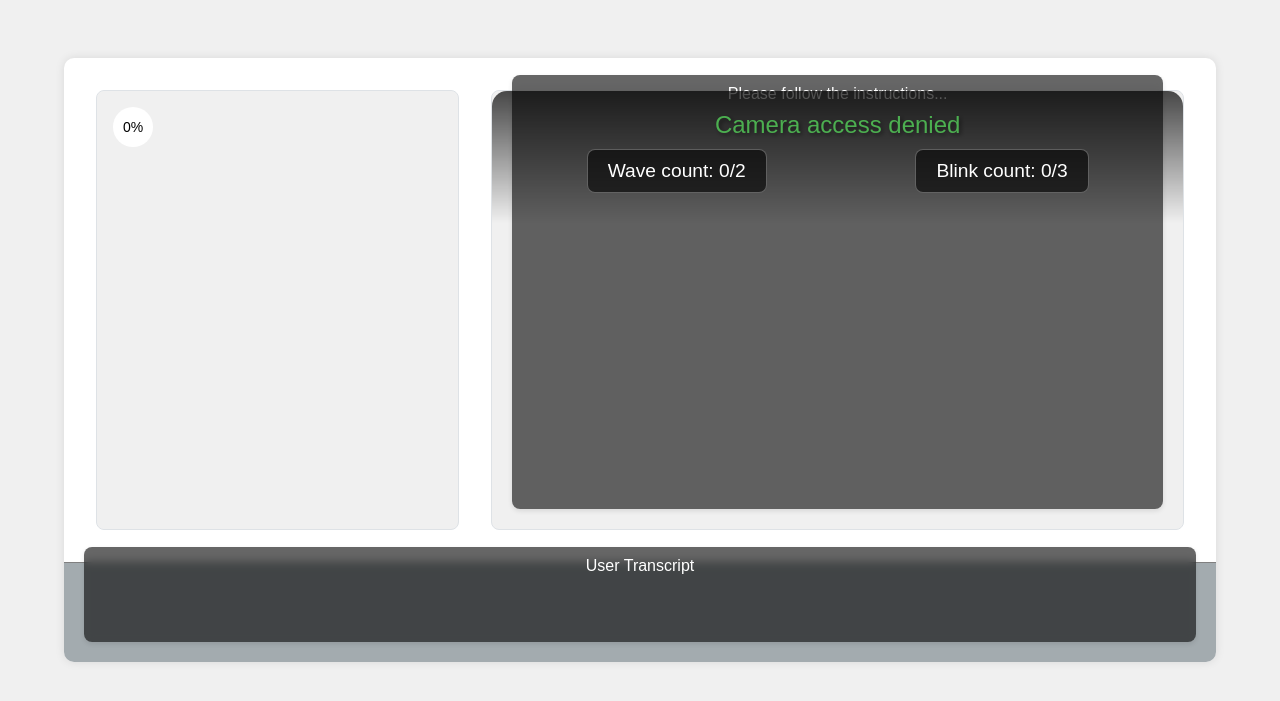
Repository: Ayaanns/E-kyc-BE-project
Page: http://localhost/
An editor plug-in stored every save of this project. The page is shown before and after the next save, followed by the edit.
The browser window is 1280 px wide. The pictures show the whole page.
The page is served by the project's application, run on Django 4.2 (manage.py). A made-up administrator, testuser (Test User, test@example.com), is signed in. Other server files are loaded and not shown.

Above is the page before, as saved 2025-03-02 01:54:14.

### templates/home.html
<!DOCTYPE html>
<html lang="en">
<head>
    {% load static %}
    <meta charset="UTF-8">
    <meta name="viewport" content="width=device-width, initial-scale=1.0">
    <link rel="stylesheet" href="{% static 'styles.css' %}">
    <style>
        .webcam-feed {
            position: relative;
            width: 100%;
            height: auto;
        }

        .webcam-feed video {
            width: 100%;
            height: auto;
            border-radius: 15px;
            object-fit: cover;
        }

        /* Overlay container for status indicators */
        .status-overlay {
            position: absolute;
            top: 0;
            left: 0;
            right: 0;
            z-index: 10;
            padding: 20px;
            background: linear-gradient(to bottom, rgba(0,0,0,0.7) 0%, transparent 100%);
            border-radius: 15px 15px 0 0;
        }

        .status-indicators {
            display: flex;
            justify-content: space-around;
            margin: 10px 0;
            font-size: 1.2em;
        }

        .status-box {
            background: rgba(0,0,0,0.6);
            padding: 10px 20px;
            border-radius: 8px;
            text-align: center;
            color: white;
            border: 1px solid rgba(255,255,255,0.3);
            backdrop-filter: blur(.5px);
        }

        .verification-message {
            font-size: 1.5em;
            color: #4caf50;
            text-align: center;
            margin: 0 0 10px 0;
            text-shadow: 2px 2px 4px rgba(0,0,0,0.5);
        }

        .questions {
            position: absolute;
            bottom: 20px;
            left: 0;
            right: 0;
            text-align: center;
            color: white;
            background: rgba(0,0,0,0.6);
            padding: 10px;
            margin: 0 20px;
            border-radius: 8px;
            backdrop-filter: blur(5px);
        }
    </style>
</head>
<body>
    <div class="container">
        <div class="content">
            <div class="result-feed">
                <div class="completion-circle" id="completion-circle">0%</div>
            </div>
            <div class="webcam-feed">
                <video id="webcam" autoplay></video>
                <div class="status-overlay">
                    <div class="verification-message" id="messageText">Starting verification...</div>
                    <div class="status-indicators">
                        <div class="status-box">
                            Wave count: <span id="waveCount">0</span>/2
                        </div>
                        <div class="status-box">
                            Blink count: <span id="blinkCount">0</span>/3
                        </div>
                    </div>
                </div>
                <canvas id="canvasElement" style="display:none;"></canvas>
                <div class="questions" id="questions">Please follow the instructions...</div>
            </div>
        </div>
        <div class="transcript-section">
            <span class="questions">User Transcript</span>
            <p id="transcript"></p>
        </div>
    </div>

    <script>
        // Existing initialization code
        const video = document.getElementById('webcam');
        const canvas = document.getElementById('canvasElement');
        const ctx = canvas.getContext('2d');
        let verificationComplete = false;

        // Initialize webcam with human verification
        async function initCamera() {
            try {
                const stream = await navigator.mediaDevices.getUserMedia({ video: true });
                video.srcObject = stream;
                startVerificationProcess();
            } catch (err) {
                console.error("Error accessing camera:", err);
                document.getElementById('messageText').textContent = "Camera access denied";
            }
        }

        // Process frames for verification
        function processFrame() {
            if (verificationComplete) return;

            if (video.readyState === video.HAVE_ENOUGH_DATA) {
                canvas.width = video.videoWidth;
                canvas.height = video.videoHeight;
                ctx.drawImage(video, 0, 0);

                const frameData = canvas.toDataURL('image/jpeg');

                // Update the fetch URL to match the Django URL pattern
                fetch('{% url "process_frame" %}', {
                    method: 'POST',
                    headers: {
                        'Content-Type': 'application/json',
                        'X-CSRFToken': getCookie('csrftoken')
                    },
                    body: JSON.stringify({
                        frame: frameData
                    })
                })
                .then(response => response.json())
                .then(data => {
                    updateVerificationUI(data);
                    if (!data.phase_complete) {
                        requestAnimationFrame(processFrame);
                    }
                })
                .catch(err => {
                    console.error("Error:", err);
                    requestAnimationFrame(processFrame);
                });
            } else {
                requestAnimationFrame(processFrame);
            }
        }

        // Update UI with verification status
        function updateVerificationUI(data) {
            document.getElementById('messageText').textContent = data.message;
            document.getElementById('waveCount').textContent = data.wave_count;
            document.getElementById('blinkCount').textContent = data.blink_count;

            // Calculate completion percentage
            const totalSteps = 5; // 2 waves + 3 blinks
            const completedSteps = data.wave_count + data.blink_count;
            const percentage = Math.round((completedSteps / totalSteps) * 100);
            updateProgressCircle(percentage);

            if (data.phase_complete) {
                verificationComplete = true;
                startNLPProcess();
            }
        }

        // Existing helper functions
        function updateProgressCircle(percentage) {
            const circle = document.getElementById('completion-circle');
            circle.textContent = percentage + '%';
            circle.style.background = `conic-gradient(#4caf50 ${percentage * 3.6}deg, #ddd ${percentage * 3.6}deg)`;
        }

        function updateTranscript(data) {
            const transcript = document.getElementById('transcript');
            transcript.textContent = `First Name: ${data.first_name}, Last Name: ${data.last_name}, Age: ${data.age}, Phone: ${data.phone}`;
        }

        function askQuestion(question) {
            const questionsDiv = document.getElementById('questions');
            questionsDiv.textContent = question;
        }

        function startVerificationProcess() {
            document.getElementById('messageText').textContent = "Wave your hand to begin";
            processFrame();
        }

        // Modified startNLPProcess
        function startNLPProcess() {
            document.getElementById('messageText').textContent = "Verification complete! Starting voice recognition...";
            fetch('/nlp_process/')
                .then(response => response.json())
                .then(data => {
                    if (data.status === 'success') {
                        updateTranscript(data);
                        askQuestion("NLP process complete.");
                    } else {
                        askQuestion("NLP process failed.");
                    }
                })
                .catch(error => console.error('Error:', error));
        }

        // Get CSRF token
        function getCookie(name) {
            let cookieValue = null;
            if (document.cookie && document.cookie !== '') {
                const cookies = document.cookie.split(';');
                for (let i = 0; i < cookies.length; i++) {
                    const cookie = cookies[i].trim();
                    if (cookie.substring(0, name.length + 1) === (name + '=')) {
                        cookieValue = decodeURIComponent(cookie.substring(name.length + 1));
                        break;
                    }
                }
            }
            return cookieValue;
        }

        // Start the process
        document.addEventListener('DOMContentLoaded', (event) => {
            initCamera();
        });
    </script>
</body>
</html>

### ekyc/models.py
from django.db import models
from django.contrib.auth.models import AbstractBaseUser, PermissionsMixin, BaseUserManager
from django.utils import timezone
import random

class CustomUserManager(BaseUserManager):
    def create_user(self, email, username, password=None, **extra_fields):
        if not email:
            raise ValueError("The Email field must be set")
        email = self.normalize_email(email)
        user = self.model(email=email, username=username, **extra_fields)
        user.set_password(password)
        user.save(using=self._db)
        return user

    def create_superuser(self, email, username, password=None, **extra_fields):
        #extra_fields.setdefault('is_staff', True)
        extra_fields.setdefault('is_superuser', True)

        # if not extra_fields.get('is_staff'):
        #     raise ValueError("Superuser must have is_staff=True.")
        if not extra_fields.get('is_superuser'):
            raise ValueError("Superuser must have is_superuser=True.")

        return self.create_user(email, username, password, **extra_fields)

class CustomUser(AbstractBaseUser, PermissionsMixin):
    email = models.EmailField(unique=True)
    username = models.CharField(max_length=150, unique=True)
    is_active = models.BooleanField(default=True)
    pin = models.CharField(max_length=6)
    created_at = models.DateTimeField(auto_now_add=True)
    expires_at = models.DateTimeField(default=timezone.now)
    is_verified = models.BooleanField(default=True)

    objects = CustomUserManager()

    USERNAME_FIELD = 'email'
    REQUIRED_FIELDS = ['username']

    def __str__(self):
        return self.email


    def generate_pin(self):
        self.pin = str(random.randint(100000, 999999))
        self.expires_at = timezone.now() + timezone.timedelta(minutes=2)
        self.save()
        return self.pin

    def verify_pin(self, entered_pin):
        if timezone.now() > self.expires_at:
            return False, "PIN has Expired!"

        if self.pin != entered_pin:
            return False, "Incorrect PIN!"

        self.is_verified = True
        self.save()
        return True, "Email Successfully Verified!"


#models for sending the code and receving the code.
# class SendCode(models.Model): #for sending the code
#     email = models.OneToOneField(CustomUser, null=True, on_delete=models.CASCADE)
#     send_code = models.CharField(max_length=20)
#
#     def __str__(self):
#         return self.send_code
#
# class ReceivedCode(models.Model): #for sending the code
#     email = models.OneToOneField(CustomUser, null=True, on_delete=models.CASCADE)
#     receive_code = models.CharField(max_length=20)
#
#     def __str__(self):
#         return self.receive_code

# Create your models here.
class KYCSession(models.Model):
    name = models.CharField(max_length=100)
    birth_date = models.DateField()
    id_card_image = models.ImageField(upload_to='id_cards/')
    liveness_score = models.FloatField()
    result = models.TextField()
    created_at = models.DateTimeField(auto_now_add=True)

    def __str__(self):
        return self.name

### ekyc/views.py
from django.shortcuts import render, redirect
from django.urls import reverse_lazy
from django.contrib.auth.decorators import login_required
from django.contrib.auth import login, authenticate, get_user_model
from django.contrib.messages.views import SuccessMessageMixin
from django.contrib.auth.views import LoginView
from django.contrib import messages
from django.core.mail import send_mail
from django.conf import settings
from django.http import JsonResponse
from django.views.decorators.csrf import csrf_exempt
import numpy as np
import cv2
import json
import base64

import threading

from .forms import CustomUserCreationForm, CustomAuthenticationForm, PinVerificationForm
from ekyc import logger
from .models import CustomUser
from .HumanV import HumanVerificationSystem
from .NLP import UserInfo, get_user_info
from .OCR import capture_image_with_guide, extract_text_with_confidence, extract_aadhar_details

User = get_user_model()

def send_verification_email(user):
    subject = "Email Verification PIN"
    message = f"""
    Hello {user.username},

    Your email verification PIN is: {user.pin}

    This PIN will expire in 24 hours.

    Thank you,
    Your Website Team
    """
    from_email = settings.DEFAULT_FROM_EMAIL
    recipient_list = [user.email]

    send_mail(subject, message, from_email, recipient_list)

@login_required
def ekyc_home(request):
    return render(request, 'home.html')

def signup_view(request):
    logger.info("into the signup page view")
    if request.method == 'POST':
        form = CustomUserCreationForm(request.POST)
        if form.is_valid():
            user = form.save(commit=False)
            user.is_active = True  # User needs to be active to log in
            user.is_verified = False  # But not verified yet
            user.generate_pin()
            user.save()

            # Send verification email
            send_verification_email(user)

            # Log in the user after signup
            raw_password = form.cleaned_data.get('password1')
            user = authenticate(email=user.email, password=raw_password)
            if user is not None:
                login(request, user)
                messages.success(request, f"Verification PIN sent to {user.email}.")
                return redirect('verify_pin')
    else:
        form = CustomUserCreationForm()
    return render(request, 'signup.html', {'form': form})

@login_required
def verify_pin(request):
    user = request.user

    if user.is_verified:
        messages.info(request, "Your email is already verified.")
        return redirect("ekyc_home")

    if request.method == "POST":
        form = PinVerificationForm(request.POST)
        if form.is_valid():
            entered_pin = form.cleaned_data.get('pin')
            success, message = user.verify_pin(entered_pin)

            if success:
                user.is_verified = True
                user.save()
                messages.success(request, message)
                return redirect('ekyc_home')
            else:
                messages.error(request, message)
    else:
        form = PinVerificationForm()

    return render(request, 'signup.html', {'form': form})

class Login(SuccessMessageMixin, LoginView):
    template_name = 'login.html'
    success_url = reverse_lazy('ekyc_home')
    success_message = "Successfully logged in!"
    form_class = CustomAuthenticationForm

    def get_success_url(self):
        return self.success_url

    def form_valid(self, form):
        """Security check complete. Log the user in."""
        user = form.get_user()
        if not user.is_verified:
            messages.error(self.request, "Please verify your email before logging in.")
            login(self.request, user)
            return redirect('verify_pin')
        return super().form_valid(form)

#--MAIN FEATURS HERE ---------------------------------
@login_required
def process_video(request):
    logger.info("INTO THE process_video PAGE RIGHT NOW!")
    if request.method == "POST":
        video_feed = request.FILES.get('video')
        liveness_score = 0.95
        return JsonResponse({'liveness_score': liveness_score})
    return JsonResponse({'error': 'invalide request'})


@login_required
def process_id_card(request):
    logger.info("INTO THE process_id_card PAGE RIGHT NOW!")
    if request.method == "POST":
        id_image = request.FILES.get('id_image')
        result = "Valid ID"
        return JsonResponse({'result': result})
    return JsonResponse({'error': 'invalide request'})

def home(request):
    return render(request, 'home.html')

@login_required
def human_verification(request):
    """Handle both GET (initial page load) and POST (frame processing) requests"""
    if request.method == 'GET':
        return render(request, 'human_verification.html')

    elif request.method == 'POST':
        try:
            data = json.loads(request.body)
            frame_data = data.get('frame')

            if not frame_data:
                return JsonResponse({
                    'status': 'error',
                    'message': 'No frame data provided'
                })

            # Process the frame using verifier
            frame_bytes = base64.b64decode(frame_data.split(',')[1])
            frame_arr = np.frombuffer(frame_bytes, np.uint8)
            frame = cv2.imdecode(frame_arr, cv2.IMREAD_COLOR)

            result = verifier.verify_frame(frame)
            return JsonResponse(result)

        except Exception as e:
            logger.error(f"Error in human verification: {str(e)}")
            return JsonResponse({
                'status': 'error',
                'message': str(e)
            })

    return JsonResponse({
        'status': 'error',
        'message': 'Invalid request method'
    })

def nlp_process(request):
    user_info = UserInfo()
    stop_event = threading.Event()
    info_thread = threading.Thread(target=get_user_info, args=(stop_event, user_info))
    info_thread.start()
    info_thread.join()
    return JsonResponse({
        'status': 'success',
        'first_name': user_info.first_name,
        'last_name': user_info.last_name,
        'age': user_info.age,
        'phone': user_info.phone
    })

def ocr_process(request):
    image_path = capture_image_with_guide()
    if not image_path:
        return JsonResponse({'status': 'failure', 'message': 'Image capture failed.'})

    text_results = extract_text_with_confidence(image_path)
    if not text_results:
        return JsonResponse({'status': 'failure', 'message': 'No text could be extracted from the image.'})

    details = extract_aadhar_details(text_results)
    return JsonResponse(details)

verifier = HumanVerificationSystem()

@csrf_exempt
def process_frame(request):
    if request.method != 'POST':
        return JsonResponse({'error': 'Only POST requests are allowed'})

    try:
        data = json.loads(request.body)
        frame_data = data.get('frame')

        if not frame_data:
            return JsonResponse({'error': 'No frame data provided'})

        # Convert base64 to frame
        frame_bytes = base64.b64decode(frame_data.split(',')[1])
        frame_arr = np.frombuffer(frame_bytes, np.uint8)
        frame = cv2.imdecode(frame_arr, cv2.IMREAD_COLOR)

        # Process frame
        result = verifier.verify_frame(frame)
        return JsonResponse(result)

    except Exception as e:
        return JsonResponse({'error': str(e)})

@csrf_exempt
def capture_photo(request):
    if request.method != 'POST':
        return JsonResponse({'error': 'Only POST requests are allowed'})

    try:
        data = json.loads(request.body)
        frame_data = data.get('frame')

        if not frame_data:
            return JsonResponse({'error': 'No frame data provided'})

        # Convert base64 to frame
        frame_bytes = base64.b64decode(frame_data.split(',')[1])
        frame_arr = np.frombuffer(frame_bytes, np.uint8)
        frame = cv2.imdecode(frame_arr, cv2.IMREAD_COLOR)

        # Save photo
        filename = verifier.save_photo(frame)
        if filename:
            return JsonResponse({'success': True, 'filename': filename})
        else:
            return JsonResponse({'error': 'Failed to save photo'})

    except Exception as e:
        return JsonResponse({'error': str(e)})

### ekyc_project/urls.py
"""
URL configuration for ekyc_project project.

The `urlpatterns` list routes URLs to views. For more information please see:
    https://docs.djangoproject.com/en/4.2/topics/http/urls/
Examples:
Function views
    1. Add an import:  from my_app import views
    2. Add a URL to urlpatterns:  path('', views.home, name='home')
Class-based views
    1. Add an import:  from other_app.views import Home
    2. Add a URL to urlpatterns:  path('', Home.as_view(), name='home')
Including another URLconf
    1. Import the include() function: from django.urls import include, path
    2. Add a URL to urlpatterns:  path('blog/', include('blog.urls'))
"""

from django.contrib import admin
from django.urls import path, include

urlpatterns = [
    path("admin/", admin.site.urls),
    path('', include('ekyc.urls')),  # Include ekyc app URLs
]

### ekyc/urls.py
from django.urls import path
from . import views

urlpatterns = [
    path('', views.ekyc_home, name="ekyc_home"),
    path('process_video/', views.process_video, name="process_video"),
    path('process_id_card/', views.process_id_card, name="process_id_card"),
    path('human_verification/', views.human_verification, name='human_verification'),
    path('nlp_process/', views.nlp_process, name='nlp_process'),
    path('ocr_process/', views.ocr_process, name='ocr_process'),
    path('process_frame/', views.process_frame, name='process_frame'),
    path('capture_photo/', views.capture_photo, name='capture_photo'),

    #login related routes
    path('login/', views.Login.as_view(), name="login"),
    path('signup/', views.signup_view, name="signup"),
    path('verify/', views.verify_pin, name="verify_pin"),
]

### ekyc/static/styles.css
* {
    margin: 0;
    padding: 0;
    box-sizing: border-box;
}

body {
    font-family: Arial, sans-serif;
    background-color: #f0f0f0;
    height: 100vh;
    display: flex;
    justify-content: center;
    align-items: center;
}

.container {
    width: 90%;
    max-width: 1200px;
    background: white;
    border-radius: 10px;
    box-shadow: 0 0 10px rgba(0,0,0,0.1);
    overflow: hidden;
}

.navbar {
    background: #f8f9fa;
    padding: 1rem;
    border-bottom: 1px solid #dee2e6;
}

.content {
    display: flex;
    padding: 2rem;
    gap: 2rem;
    height: 70vh;
}

.webcam-feed {
    flex: 2;
    background: #f0f0f0;
    border-radius: 8px;
    padding: 1rem;
    position: relative;
    border: 1px solid#dee2e6;
}

.result-feed {
    flex: 1;
    background: #f0f0f0;
    border-radius: 8px;
    padding: 1rem;
    border: 1px solid#dee2e6;
}

.questions {
    top: -1em;
    left: -.4em;
    position: absolute;
    background: white;
    padding: 0.5rem 1rem;
    border-radius: 20px;
    box-shadow: 0 2px 5px rgba(0,0,0,0.1);
}

.transcript-section {
    border-top: 1px solid gray;
    position: relative;
    text-align: left;
    background-color:#a3abaf;
    padding: 2em;
    height: 100px;
}

.completion-circle {
    right: 20px;
    bottom: 20px;
    width: 40px;
    height: 40px;
    border-radius: 50%;
    background: white;
    display: flex;
    align-items: center;
    justify-content: center;
    font-size: 14px;
}

/* Placeholder circles for demo */
/*
.circle {
    width: 100px;
    height: 100px;
    border-radius: 50%;
    border: 2px solid #dee2e6;
    margin: 20px auto;
}

.eye-shape {
    width: 200px;
    height: 100px;
    border-radius: 0 0 100px 100px;
    border: 2px solid #dee2e6;
    margin: 20px auto;
    transform: rotate(180deg);
}
*/

After the next save:
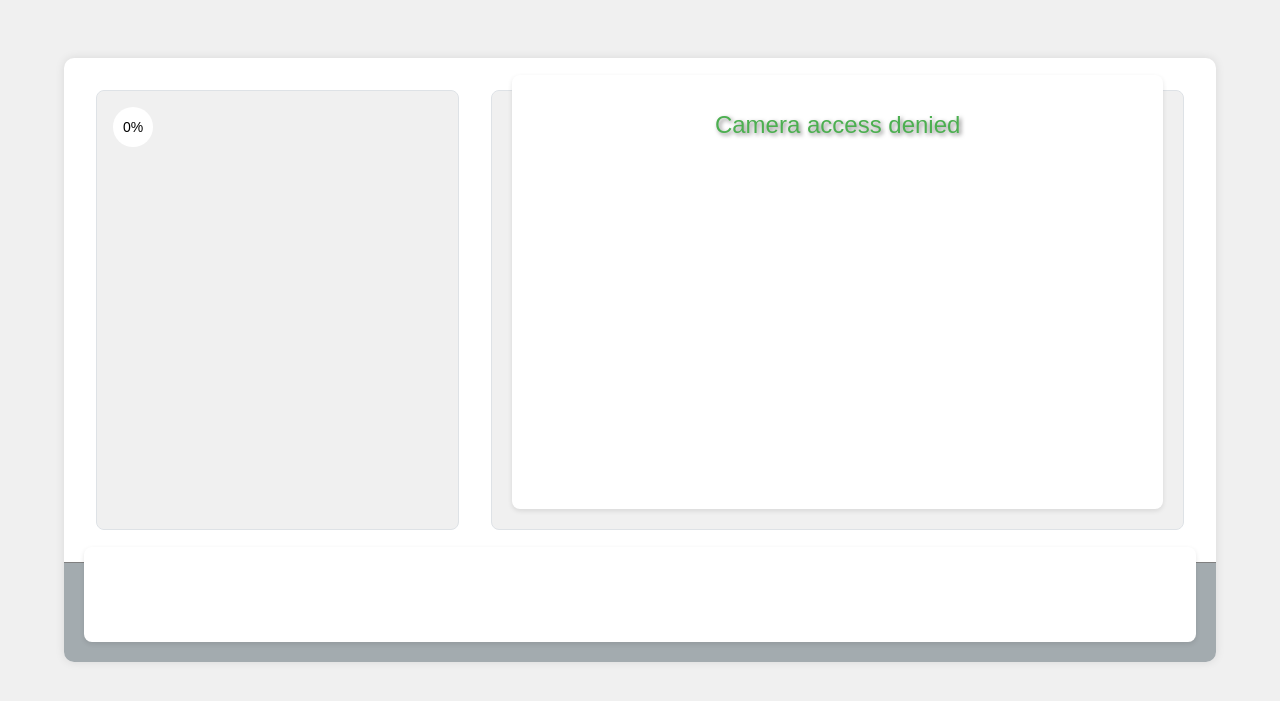
Saved 6 min 27 s later.
--- a/templates/home.html
+++ b/templates/home.html
@@ -27,7 +27,7 @@
             right: 0;
             z-index: 10;
             padding: 20px;
-            background: linear-gradient(to bottom, rgba(0,0,0,0.7) 0%, transparent 100%);
+            /* background: linear-gradient(to bottom, rgba(0,0,0,0.7) 0%, transparent 100%); */
             border-radius: 15px 15px 0 0;
         }
 
@@ -39,7 +39,7 @@
         }
 
         .status-box {
-            background: rgba(0,0,0,0.6);
+            /* background: rgba(0,0,0,0.6); */
             padding: 10px 20px;
             border-radius: 8px;
             text-align: center;
@@ -63,7 +63,7 @@
             right: 0;
             text-align: center;
             color: white;
-            background: rgba(0,0,0,0.6);
+            /* background: rgba(0,0,0,0.6); */
             padding: 10px;
             margin: 0 20px;
             border-radius: 8px;
